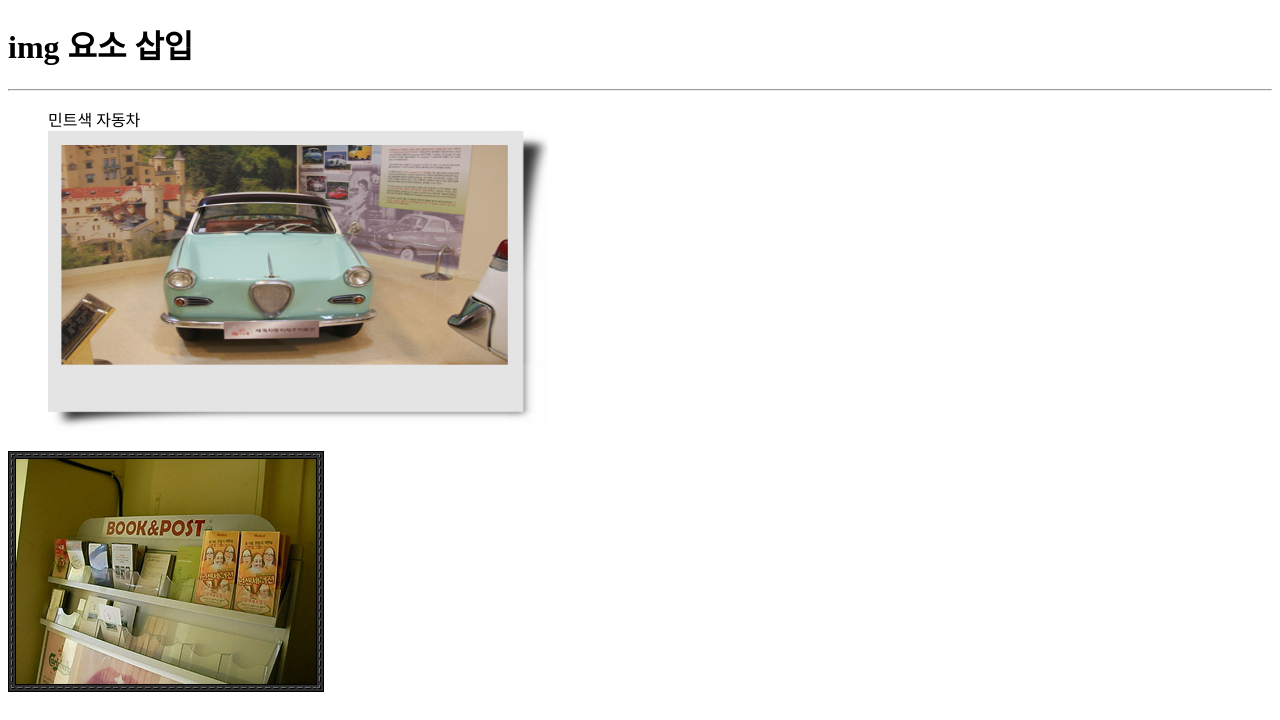
Repository: ghkdtpehd/java_html
Page: 01_HTML/src/main/webapp/Ex03.html
An editor plug-in stored every save of this project. The page is shown before and after the next save, followed by the edit.
The browser window is 1280 px wide. The pictures show the whole page.

Above is the page before, as saved 2021-06-28 01:39:29.

### 01_HTML/src/main/webapp/Ex03.html
<!DOCTYPE html>
<html>
<head>
<meta charset="UTF-8">
<title>Ex03</title>
</head>
<body>
	<h1>img 요소 삽입</h1>
	<hr>

	<div>
		<figure>
			<figcaption>민트색 자동차</figcaption>
			<img src="images/car/car2.jpg" alt="민트차" width="500" height="300" title="박람회에 출품된 차">
		</figure>
		<img alt="" src="images/book.jpg">
	</div>
</body>
</html>

After the next save:
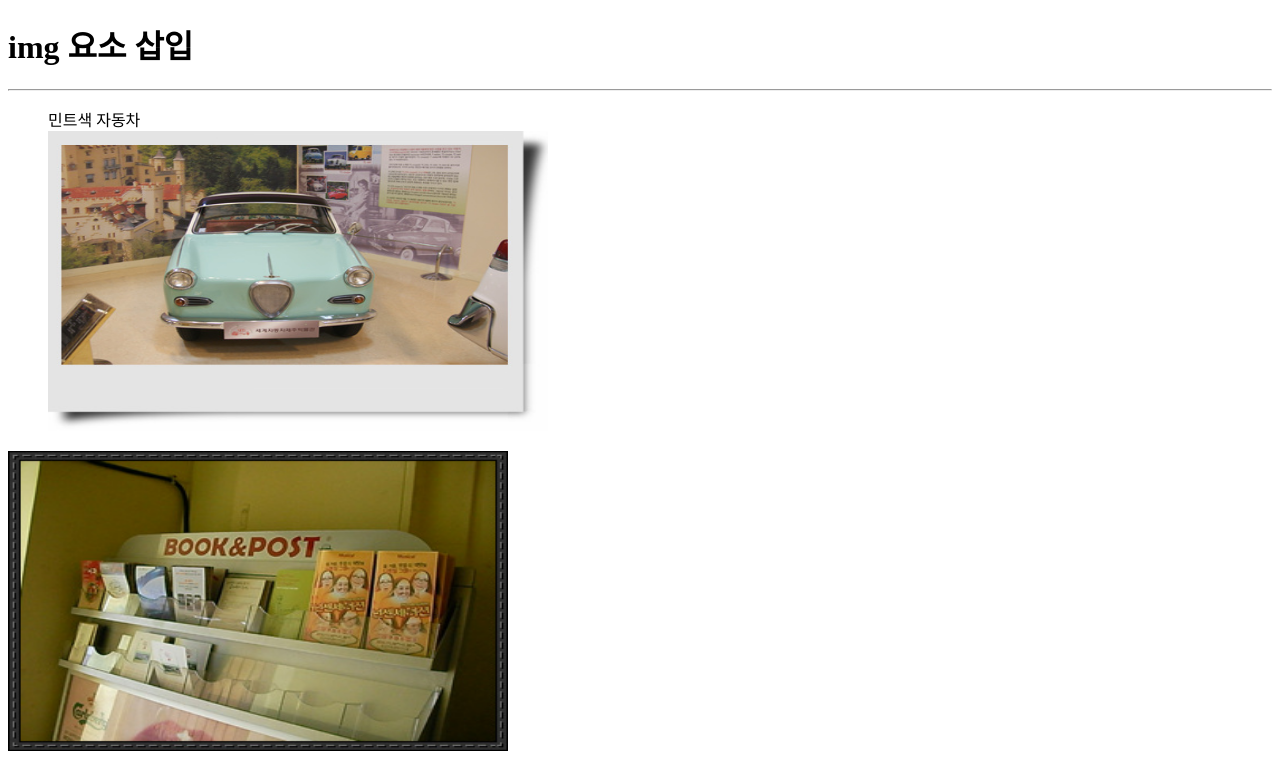
Saved 17 s later.
--- a/01_HTML/src/main/webapp/Ex03.html
+++ b/01_HTML/src/main/webapp/Ex03.html
@@ -13,7 +13,7 @@
 			<figcaption>민트색 자동차</figcaption>
 			<img src="images/car/car2.jpg" alt="민트차" width="500" height="300" title="박람회에 출품된 차">
 		</figure>
-		<img alt="" src="images/book.jpg">
+		<img alt="" src="images/book.jpg" width="500" height="300">
 	</div>
 </body>
 </html>
